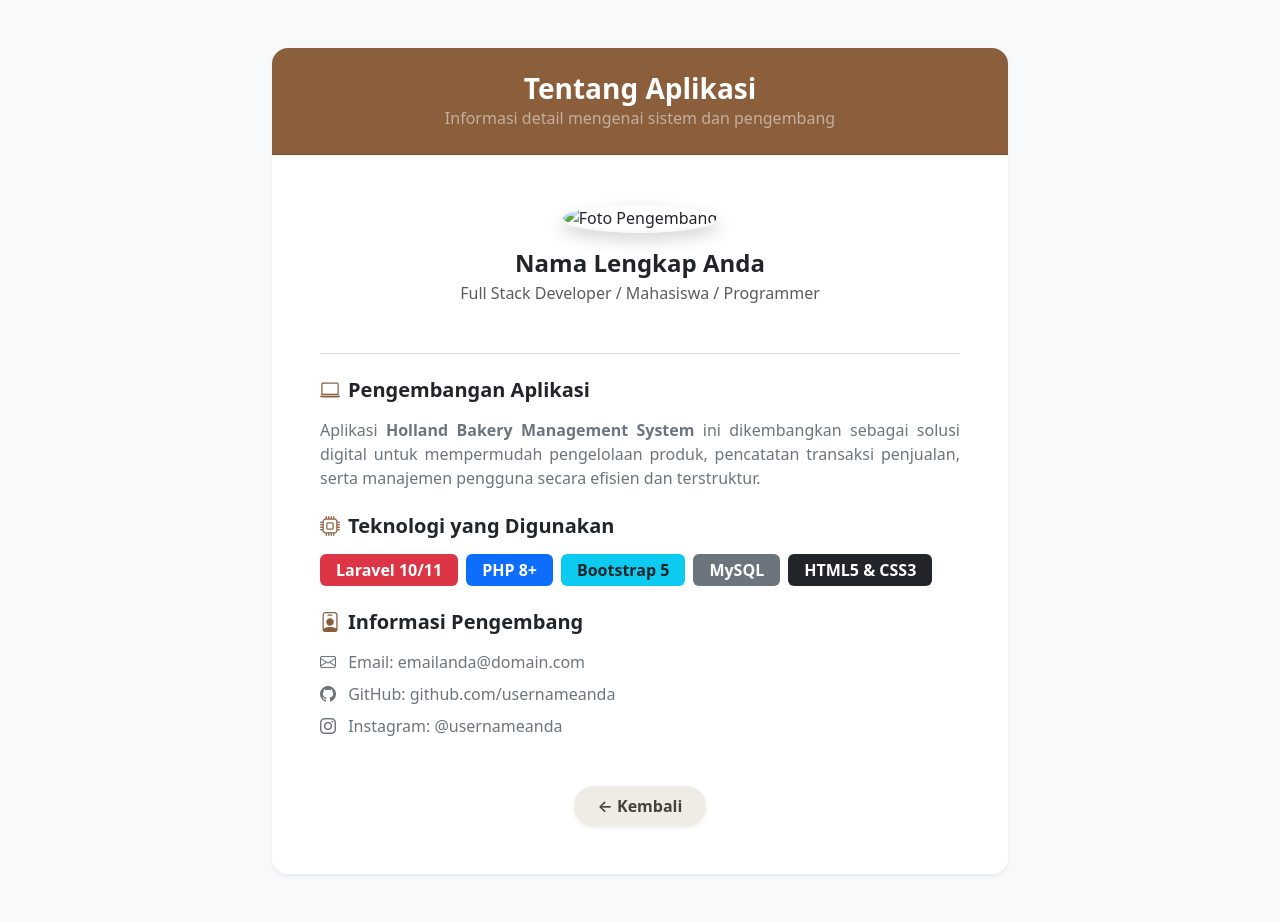
Repository: dheakhoerunnisaagustine/apk_pos4
Page: http://localhost/tentang
The author's editor kept a copy of each file at every save. The page is drawn from the files as they stood at one save, then again after the next save.
The browser window is 1280 px wide. The pictures show the whole page.
Some web fonts or font styles are not loaded; a fallback is used. The page is served by the project's Laravel application, run on PHP 8.4 with Laravel 12. A made-up administrator, Test User (test@example.com), is signed in. Other server files are loaded and not shown. Style sheets and scripts are compiled from the project's sources, by tool versions that may differ from the author's.

Above is the page before, as saved 2026-08-19 08:25:08.

### routes/web.php
<?php

use Illuminate\Support\Facades\Route;
use App\Http\Controllers\AuthController;
use App\Http\Controllers\DashboardController;
use App\Http\Controllers\ItemPenjualanController;
use App\Http\Controllers\PenjualanController;
use App\Http\Controllers\ProdukController;
use App\Http\Controllers\UserController;

// Route Halaman Utama
Route::get('/', function () {
    return auth()->check()
        ? redirect()->route('dashboard')
        : redirect()->route('login');
});

// Route Tampilan Login (Hanya untuk Guest)
Route::middleware('guest')->group(function () {
    Route::get('/login', [AuthController::class, 'index'])->name('login');
});

// Route Eksekusi Login (Ditaruh di luar guest agar tidak kena redirect loop/expired saat ganti akun)
Route::post('/auth', [AuthController::class, 'auth'])->name('auth');

// Route yang hanya bisa diakses setelah login
Route::middleware('auth')->group(function () {
    Route::get('/dashboard', [DashboardController::class, 'index'])->name('dashboard');

    // Rute Tentang yang baru ditambahkan
    Route::get('/tentang', function () {
        return view('tentang');
    })->name('tentang');

    Route::post('/logout', [AuthController::class, 'logout'])->name('logout');

    // Khusus Admin
    Route::middleware('role:admin')->prefix('admin')->name('admin.')->group(function () {
        Route::get('/users', [UserController::class, 'index'])->name('users');
        Route::get('/users/create', [UserController::class, 'create'])->name('users.create');
        Route::post('/users/store', [UserController::class, 'store'])->name('users.store');
        Route::get('/users/edit/{user}', [UserController::class, 'edit'])->name('users.edit');
        Route::put('/users/update/{user}', [UserController::class, 'update'])->name('users.update');
        Route::delete('/users/destroy/{user}', [UserController::class, 'destroy'])->name('users.destroy');
    });

    // Admin & Kasir
    Route::middleware('role:admin,kasir')->group(function () {
        Route::resource('/produk', ProdukController::class);
        Route::resource('/penjualan', PenjualanController::class);
        Route::resource('/itempenjualan', ItemPenjualanController::class);
    });
});

### app/Models/User.php
<?php

namespace App\Models;

// use Illuminate\Contracts\Auth\MustVerifyEmail;
use Illuminate\Database\Eloquent\Factories\HasFactory;
use Illuminate\Foundation\Auth\User as Authenticatable;
use Illuminate\Notifications\Notifiable;

class User extends Authenticatable
{
    /** @use HasFactory<\Database\Factories\UserFactory> */
    use HasFactory, Notifiable;

    /**
     * The attributes that are mass assignable.
     *
     * @var list<string>
     */
    protected $fillable = [
        'name',
        'email',
        'password',
        'role_id'
    ];

    /**
     * The attributes that should be hidden for serialization.
     *
     * @var list<string>
     */
    protected $hidden = [
        'password',
        'remember_token',
    ];

    /**
     * Get the attributes that should be cast.
     *
     * @return array<string, string>
     */
    protected function casts(): array
    {
        return [
            'email_verified_at' => 'datetime',
            'password' => 'hashed',
        ];
    }

    public function role()
{
    return $this->belongsTo(Role::class, 'role_id', 'id');
}


    public function produk()
    {
        return $this->hasMany(Produk::class, 'user_id');
    }

    public function Penjualan()
    {
        return $this->hasMany(Penjualan::class, 'user_id');
    }





}

### resources/views/tentang.blade.php
@extends('layouts.app') {{-- Sesuaikan dengan layout utama aplikasi Anda --}}

@section('content')
<div class="container py-5">
    <div class="row justify-content-center">
        <div class="col-md-8">
            <div class="card shadow-sm border-0 rounded-4 overflow-hidden">
                <div class="card-header text-white text-center py-4" style="background: #8B5E3C;">
                    <h3 class="mb-0 fw-bold">Tentang Aplikasi</h3>
                    <p class="mb-0 text-white-50">Informasi detail mengenai sistem dan pengembang</p>
                </div>

                <div class="card-body p-4 p-md-5 bg-white">

                    {{-- Bagian Foto dan Nama Pengembang --}}
                    <div class="text-center mb-5">
                        {{-- Ganti 'images/foto-saya.jpg' dengan lokasi foto Anda di folder public --}}
                        <img src="{{ asset('images/foto-saya.jpg') }}" alt="Foto Pengembang"
                            class="rounded-circle shadow mb-3 border border-3 border-light"
                            style="width: 150px; height: 150px; object-fit: cover;">

                        <h4 class="fw-bold mb-1">Nama Lengkap Anda</h4>
                        <p class="text-muted">Full Stack Developer / Mahasiswa / Programmer</p>
                    </div>

                    <hr class="text-muted my-4">

                    {{-- Informasi Pengembangan Aplikasi --}}
                    <div class="mb-4">
                        <h5 class="fw-bold text-dark mb-3">
                            <i class="bi bi-laptop me-2" style="color: #8B5E3C;"></i>Pengembangan Aplikasi
                        </h5>
                        <p class="text-secondary" style="text-align: justify;">
                            Aplikasi <strong>Holland Bakery Management System</strong> ini dikembangkan sebagai solusi digital untuk mempermudah pengelolaan produk, pencatatan transaksi penjualan, serta manajemen pengguna secara efisien dan terstruktur.
                        </p>
                    </div>

                    {{-- Teknologi yang Digunakan --}}
                    <div class="mb-4">
                        <h5 class="fw-bold text-dark mb-3">
                            <i class="bi bi-cpu me-2" style="color: #8B5E3C;"></i>Teknologi yang Digunakan
                        </h5>
                        <div class="d-flex flex-wrap gap-2">
                            <span class="badge bg-danger px-3 py-2 fs-6">Laravel 10/11</span>
                            <span class="badge bg-primary px-3 py-2 fs-6">PHP 8+</span>
                            <span class="badge bg-info text-dark px-3 py-2 fs-6">Bootstrap 5</span>
                            <span class="badge bg-secondary px-3 py-2 fs-6">MySQL</span>
                            <span class="badge bg-dark px-3 py-2 fs-6">HTML5 & CSS3</span>
                        </div>
                    </div>

                    {{-- Informasi Kontak / Pengembang --}}
                    <div class="mb-4">
                        <h5 class="fw-bold text-dark mb-3">
                            <i class="bi bi-person-badge me-2" style="color: #8B5E3C;"></i>Informasi Pengembang
                        </h5>
                        <ul class="list-unstyled text-secondary">
                            <li class="mb-2"><i class="bi bi-envelope me-2"></i> Email: emailanda@domain.com</li>
                            <li class="mb-2"><i class="bi bi-github me-2"></i> GitHub: github.com/usernameanda</li>
                            <li class="mb-2"><i class="bi bi-instagram me-2"></i> Instagram: @usernameanda</li>
                        </ul>
                    </div>

                    {{-- Tombol Kembali sesuai desain gambar --}}
                    <div class="text-center mt-5">
                        <a href="{{ route('dashboard') }}" class="btn px-4 py-2 rounded-pill fw-semibold shadow-sm" style="background-color: #EFECE6; color: #4A403A; border: none;">
                            &larr; Kembali
                        </a>
                    </div>

                </div>
            </div>
        </div>
    </div>
</div>
@endsection

### resources/views/layouts/app.blade.php
<!DOCTYPE html>
<html lang="id">
<head>
    <meta charset="UTF-8">
    <meta name="viewport" content="width=device-width, initial-scale=1">

    <title>@yield('title') | Bakery POS</title>

    @vite(['resources/css/app.css', 'resources/js/app.js'])
</head>

<body class="bg-light">

    @yield('content')

</body>
</html>

### resources/css/app.css
@import "bootstrap/dist/css/bootstrap.min.css";
@import "bootstrap-icons/font/bootstrap-icons.css";
@import './dashboard.css';

@source '../../vendor/laravel/framework/src/Illuminate/Pagination/resources/views/*.blade.php';
@source '../../storage/framework/views/*.php';
@source '../**/*.blade.php';
@source '../**/*.js';

@theme {
    --font-sans: 'Instrument Sans', ui-sans-serif, system-ui, sans-serif, 'Apple Color Emoji', 'Segoe UI Emoji',
        'Segoe UI Symbol', 'Noto Color Emoji';
}

### resources/css/dashboard.css
body{
    background:#f8f5f2;
}


.page-title{
    font-weight:bold;
    color:#6f4e37;
}


.stat-card{
    border:none;
    border-radius:15px;
    box-shadow:0 5px 15px rgba(0,0,0,.08);
    transition:.3s;
}


.stat-card:hover{
    transform:translateY(-5px);
}


.stat-icon{
    width:60px;
    height:60px;
    border-radius:50%;
    display:flex;
    justify-content:center;
    align-items:center;
    font-size:28px;
    color:white;
}


.bg-brown{
    background:#8B5E3C;
}


.bg-orange{
    background:#D4A373;
}


.bg-green{
    background:#28a745;
}


.bg-red{
    background:#dc3545;
}


.table-card{
    border:none;
    border-radius:15px;
    box-shadow:0 5px 15px rgba(0,0,0,.08);
}


.card-title-custom{
    color:#6f4e37;
    font-weight:bold;
}


.card{
    border:none;
    border-radius:18px;
    box-shadow:0 10px 25px rgba(0,0,0,.08);
    transition:.3s;
}


.card:hover{
    transform:translateY(-4px);
}



/* =====================
   BUTTON BAKERY USER
===================== */


.btn-bakery-edit {

    background:#D8A47F;
    color:white;
    border-radius:30px;
    padding:8px 18px;
    font-weight:600;
    border:none;
    transition:.3s;

}


.btn-bakery-edit:hover {

    background:#B9825A;
    color:white;
    transform:translateY(-2px);

}



.btn-bakery-delete {

    background:#E98B8B;
    color:white;
    border-radius:30px;
    padding:8px 18px;
    font-weight:600;
    border:none;
    transition:.3s;

}


.btn-bakery-delete:hover {

    background:#D85C5C;
    color:white;
    transform:translateY(-2px);

}



.btn i{
    margin-right:5px;
}

Loaded but not shown: resources/js/bootstrap.js (common file)

After the next save:
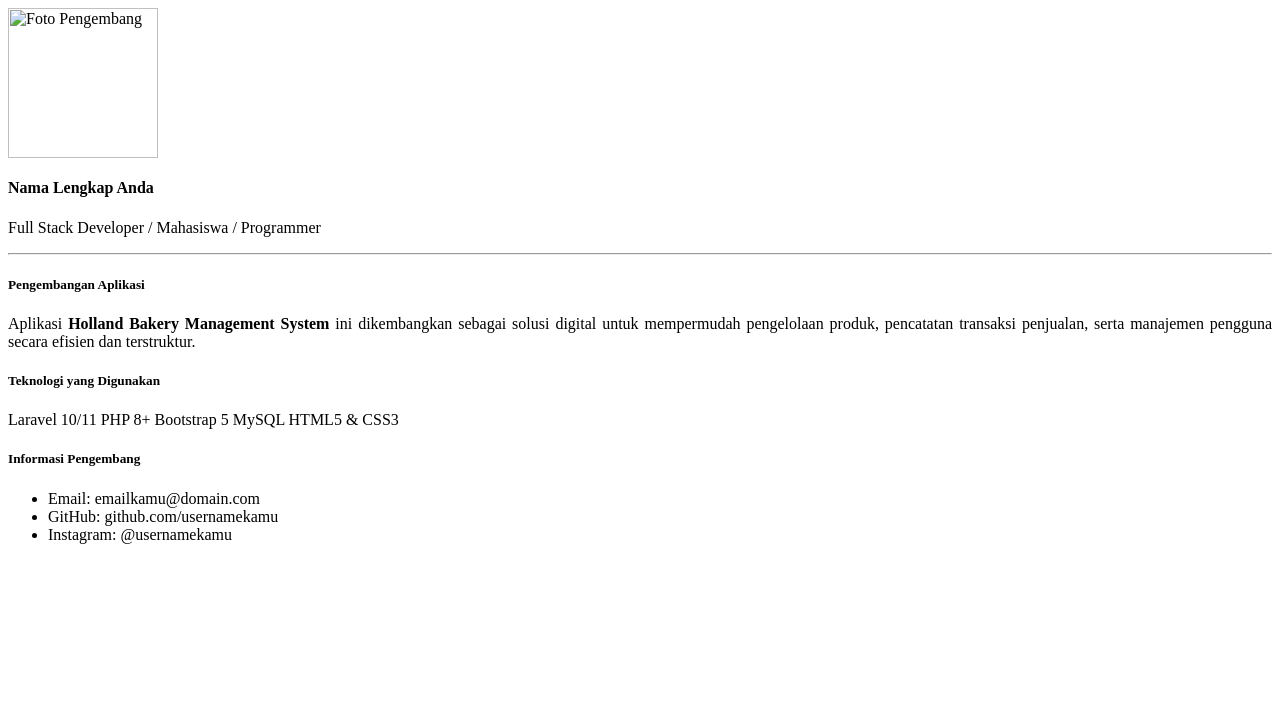
Saved 2 min 7 s later.
--- a/resources/views/tentang.blade.php
+++ b/resources/views/tentang.blade.php
@@ -1,25 +1,13 @@
-@extends('layouts.app') {{-- Sesuaikan dengan layout utama aplikasi Anda --}}
-
-@section('content')
-<div class="container py-5">
-    <div class="row justify-content-center">
-        <div class="col-md-8">
-            <div class="card shadow-sm border-0 rounded-4 overflow-hidden">
-                <div class="card-header text-white text-center py-4" style="background: #8B5E3C;">
-                    <h3 class="mb-0 fw-bold">Tentang Aplikasi</h3>
-                    <p class="mb-0 text-white-50">Informasi detail mengenai sistem dan pengembang</p>
-                </div>
-
-                <div class="card-body p-4 p-md-5 bg-white">
-
-                    {{-- Bagian Foto dan Nama Pengembang --}}
+{{-- Bagian Foto dan Nama Pengembang --}}
                     <div class="text-center mb-5">
-                        {{-- Ganti 'images/foto-saya.jpg' dengan lokasi foto Anda di folder public --}}
                         <img src="{{ asset('images/foto-saya.jpg') }}" alt="Foto Pengembang"
                             class="rounded-circle shadow mb-3 border border-3 border-light"
                             style="width: 150px; height: 150px; object-fit: cover;">
 
+                        {{-- Ganti "Nama Lengkap Anda" dengan nama asli Anda --}}
                         <h4 class="fw-bold mb-1">Nama Lengkap Anda</h4>
+
+                        {{-- Ganti deskripsi profesi/peran Anda --}}
                         <p class="text-muted">Full Stack Developer / Mahasiswa / Programmer</p>
                     </div>
 
@@ -30,12 +18,13 @@
                         <h5 class="fw-bold text-dark mb-3">
                             <i class="bi bi-laptop me-2" style="color: #8B5E3C;"></i>Pengembangan Aplikasi
                         </h5>
+                        {{-- Ganti kalimat deskripsi di bawah jika ingin menceritakan aplikasi buatan Anda --}}
                         <p class="text-secondary" style="text-align: justify;">
                             Aplikasi <strong>Holland Bakery Management System</strong> ini dikembangkan sebagai solusi digital untuk mempermudah pengelolaan produk, pencatatan transaksi penjualan, serta manajemen pengguna secara efisien dan terstruktur.
                         </p>
                     </div>
 
-                    {{-- Teknologi yang Digunakan --}}
+                    {{-- Teknologi yang Digunakan (Sesuaikan badge jika perlu) --}}
                     <div class="mb-4">
                         <h5 class="fw-bold text-dark mb-3">
                             <i class="bi bi-cpu me-2" style="color: #8B5E3C;"></i>Teknologi yang Digunakan
@@ -49,28 +38,14 @@
                         </div>
                     </div>
 
-                    {{-- Informasi Kontak / Pengembang --}}
+                    {{-- Informasi Kontak / Pengembang (Ganti dengan data Anda) --}}
                     <div class="mb-4">
                         <h5 class="fw-bold text-dark mb-3">
                             <i class="bi bi-person-badge me-2" style="color: #8B5E3C;"></i>Informasi Pengembang
                         </h5>
                         <ul class="list-unstyled text-secondary">
-                            <li class="mb-2"><i class="bi bi-envelope me-2"></i> Email: emailanda@domain.com</li>
-                            <li class="mb-2"><i class="bi bi-github me-2"></i> GitHub: github.com/usernameanda</li>
-                            <li class="mb-2"><i class="bi bi-instagram me-2"></i> Instagram: @usernameanda</li>
+                            <li class="mb-2"><i class="bi bi-envelope me-2"></i> Email: emailkamu@domain.com</li>
+                            <li class="mb-2"><i class="bi bi-github me-2"></i> GitHub: github.com/usernamekamu</li>
+                            <li class="mb-2"><i class="bi bi-instagram me-2"></i> Instagram: @usernamekamu</li>
                         </ul>
                     </div>
-
-                    {{-- Tombol Kembali sesuai desain gambar --}}
-                    <div class="text-center mt-5">
-                        <a href="{{ route('dashboard') }}" class="btn px-4 py-2 rounded-pill fw-semibold shadow-sm" style="background-color: #EFECE6; color: #4A403A; border: none;">
-                            &larr; Kembali
-                        </a>
-                    </div>
-
-                </div>
-            </div>
-        </div>
-    </div>
-</div>
-@endsection

After the save that followed:
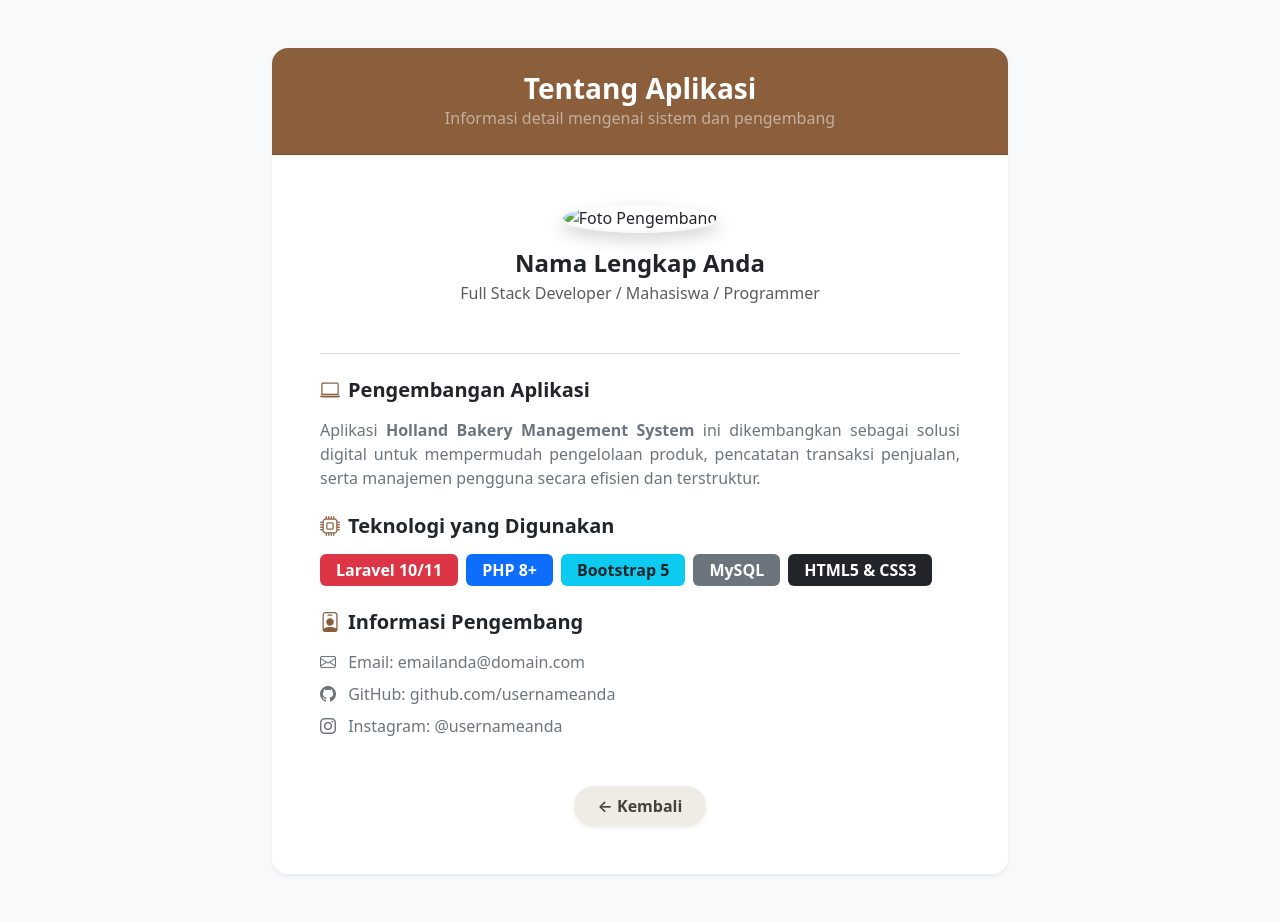
Saved 14 s later.
--- a/resources/views/tentang.blade.php
+++ b/resources/views/tentang.blade.php
@@ -1,13 +1,25 @@
-{{-- Bagian Foto dan Nama Pengembang --}}
+@extends('layouts.app') {{-- Sesuaikan dengan layout utama aplikasi Anda --}}
+
+@section('content')
+<div class="container py-5">
+    <div class="row justify-content-center">
+        <div class="col-md-8">
+            <div class="card shadow-sm border-0 rounded-4 overflow-hidden">
+                <div class="card-header text-white text-center py-4" style="background: #8B5E3C;">
+                    <h3 class="mb-0 fw-bold">Tentang Aplikasi</h3>
+                    <p class="mb-0 text-white-50">Informasi detail mengenai sistem dan pengembang</p>
+                </div>
+
+                <div class="card-body p-4 p-md-5 bg-white">
+
+                    {{-- Bagian Foto dan Nama Pengembang --}}
                     <div class="text-center mb-5">
+                        {{-- Ganti 'images/foto-saya.jpg' dengan lokasi foto Anda di folder public --}}
                         <img src="{{ asset('images/foto-saya.jpg') }}" alt="Foto Pengembang"
                             class="rounded-circle shadow mb-3 border border-3 border-light"
                             style="width: 150px; height: 150px; object-fit: cover;">
 
-                        {{-- Ganti "Nama Lengkap Anda" dengan nama asli Anda --}}
                         <h4 class="fw-bold mb-1">Nama Lengkap Anda</h4>
-
-                        {{-- Ganti deskripsi profesi/peran Anda --}}
                         <p class="text-muted">Full Stack Developer / Mahasiswa / Programmer</p>
                     </div>
 
@@ -18,13 +30,12 @@
                         <h5 class="fw-bold text-dark mb-3">
                             <i class="bi bi-laptop me-2" style="color: #8B5E3C;"></i>Pengembangan Aplikasi
                         </h5>
-                        {{-- Ganti kalimat deskripsi di bawah jika ingin menceritakan aplikasi buatan Anda --}}
                         <p class="text-secondary" style="text-align: justify;">
                             Aplikasi <strong>Holland Bakery Management System</strong> ini dikembangkan sebagai solusi digital untuk mempermudah pengelolaan produk, pencatatan transaksi penjualan, serta manajemen pengguna secara efisien dan terstruktur.
                         </p>
                     </div>
 
-                    {{-- Teknologi yang Digunakan (Sesuaikan badge jika perlu) --}}
+                    {{-- Teknologi yang Digunakan --}}
                     <div class="mb-4">
                         <h5 class="fw-bold text-dark mb-3">
                             <i class="bi bi-cpu me-2" style="color: #8B5E3C;"></i>Teknologi yang Digunakan
@@ -38,14 +49,28 @@
                         </div>
                     </div>
 
-                    {{-- Informasi Kontak / Pengembang (Ganti dengan data Anda) --}}
+                    {{-- Informasi Kontak / Pengembang --}}
                     <div class="mb-4">
                         <h5 class="fw-bold text-dark mb-3">
                             <i class="bi bi-person-badge me-2" style="color: #8B5E3C;"></i>Informasi Pengembang
                         </h5>
                         <ul class="list-unstyled text-secondary">
-                            <li class="mb-2"><i class="bi bi-envelope me-2"></i> Email: emailkamu@domain.com</li>
-                            <li class="mb-2"><i class="bi bi-github me-2"></i> GitHub: github.com/usernamekamu</li>
-                            <li class="mb-2"><i class="bi bi-instagram me-2"></i> Instagram: @usernamekamu</li>
+                            <li class="mb-2"><i class="bi bi-envelope me-2"></i> Email: emailanda@domain.com</li>
+                            <li class="mb-2"><i class="bi bi-github me-2"></i> GitHub: github.com/usernameanda</li>
+                            <li class="mb-2"><i class="bi bi-instagram me-2"></i> Instagram: @usernameanda</li>
                         </ul>
                     </div>
+
+                    {{-- Tombol Kembali sesuai desain gambar --}}
+                    <div class="text-center mt-5">
+                        <a href="{{ route('dashboard') }}" class="btn px-4 py-2 rounded-pill fw-semibold shadow-sm" style="background-color: #EFECE6; color: #4A403A; border: none;">
+                            &larr; Kembali
+                        </a>
+                    </div>
+
+                </div>
+            </div>
+        </div>
+    </div>
+</div>
+@endsection
